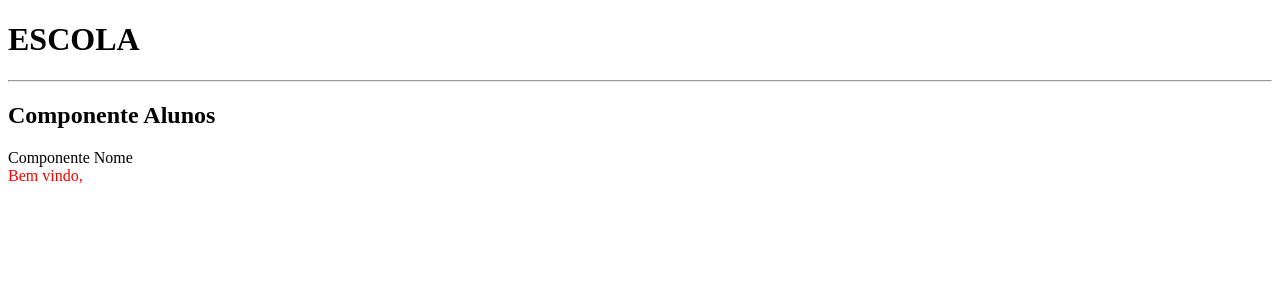
Repository: joaoaspimienta/estudos-de-context-api
Page: /
An editor plug-in stored every save of this project. The page is shown before and after the next save, followed by the edit.
The browser window is 1280 px wide. The pictures show the whole page.
The project was rebuilt for these pictures with package versions that can differ from the ones it lists, and the page was loaded fresh each time.

Above is the page before, as saved 2022-06-19 19:23:33.

After the next save:
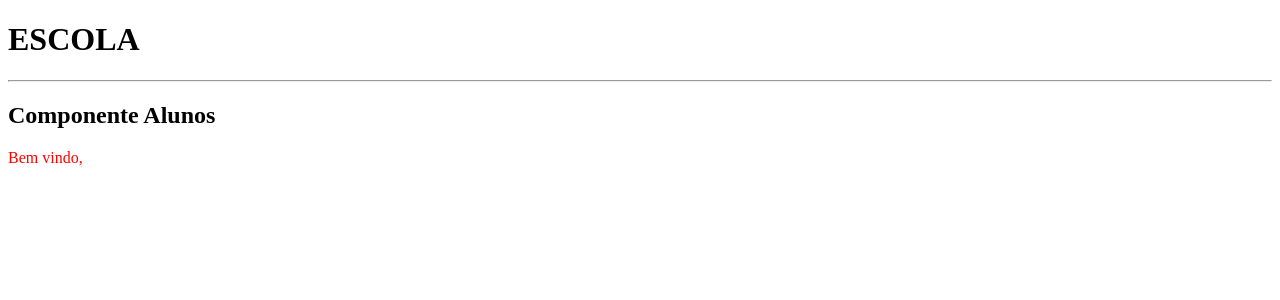
Saved 2 min 48 s later.
--- a/src/components/Nome/index.js
+++ b/src/components/Nome/index.js
@@ -6,7 +6,6 @@ function Nome() {
 
   return (
     <div>
-      <span>Componente Nome</span> <br />
       <span style={{ color: "#FF0000" }}>Bem vindo, {alunos}</span>
       <br />
     </div>
